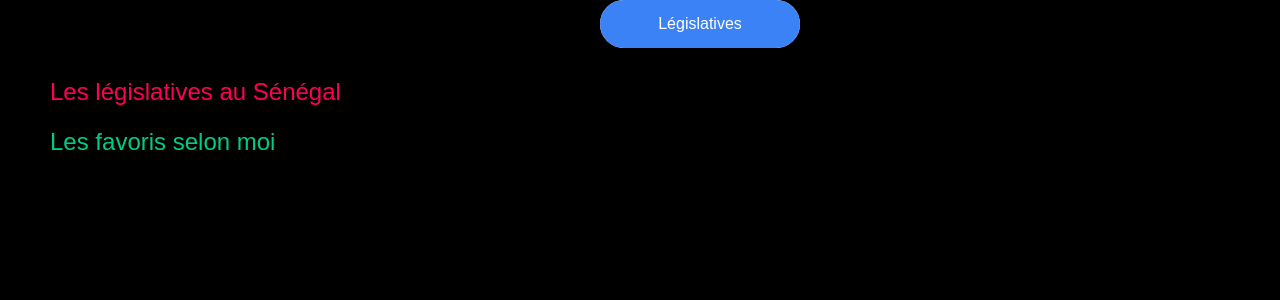
Repository: MDiouf9/legislatives
Page: /
The author's editor kept a copy of each file at every save. The page is drawn from the files as they stood at one save, then again after a run of saves.
The browser window is 1280 px wide. The pictures show the whole page.
The project was rebuilt for these pictures with package versions that can differ from the ones it lists, and the page was loaded fresh each time. The framework's server and built-in components were replaced by stand-ins that run in the browser. Also part of the build but not shown: next.config.ts.

Above is the page before, as saved 2024-10-31 23:28:18.

After the next 3 saves:
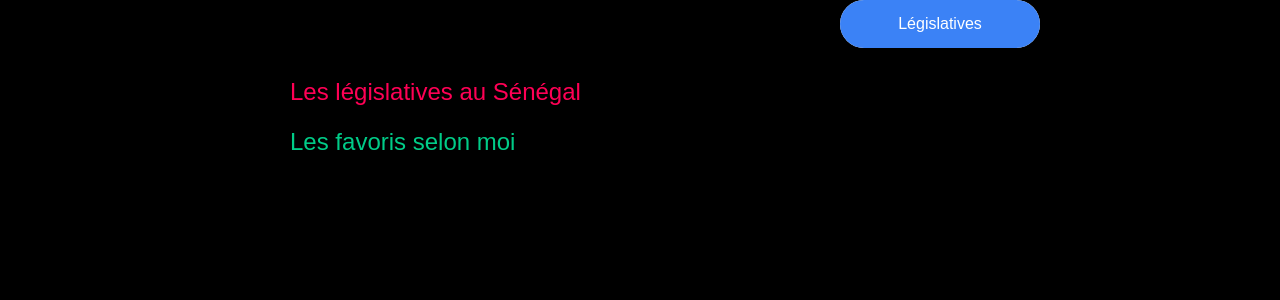
The 3 saves are shown as one change because they came seconds apart.
The last was saved 12 s later.
--- a/src/app/page.tsx
+++ b/src/app/page.tsx
@@ -9,7 +9,7 @@
   return (
 
 
-  <div  className="flex ">
+  <div  className="flex justify-center">
    <Text/>
 
    <div className="max-w-md ">
